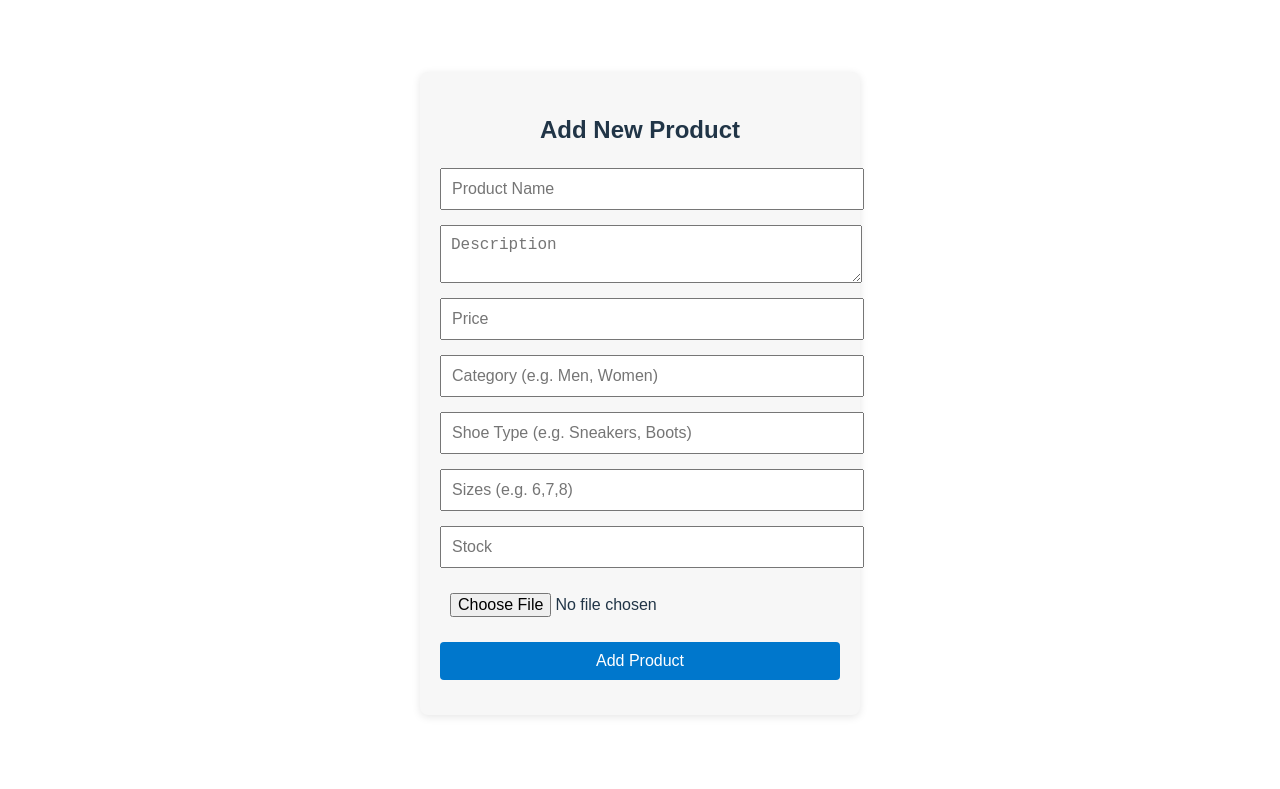
Repository: EphrahimLaanyu123/fashi_onfeet
Page: /add
These files come from the project's save history. The page is drawn as it stood at one moment and after the next save; the edit follows.
The browser window is 1280 px wide. The pictures show the whole page.
The project was rebuilt for these pictures with package versions that can differ from the ones it lists, and the page was loaded fresh each time. Also part of the build but not shown: vite.config.js, src/Home/Home.jsx, src/Home/components/Products.css, src/Home/components/Products.jsx, src/Shop/ShopProducts.jsx, src/Shop/Shop.jsx.

Above is the page before, as saved 2025-04-18 10:22:14.

After the next save:
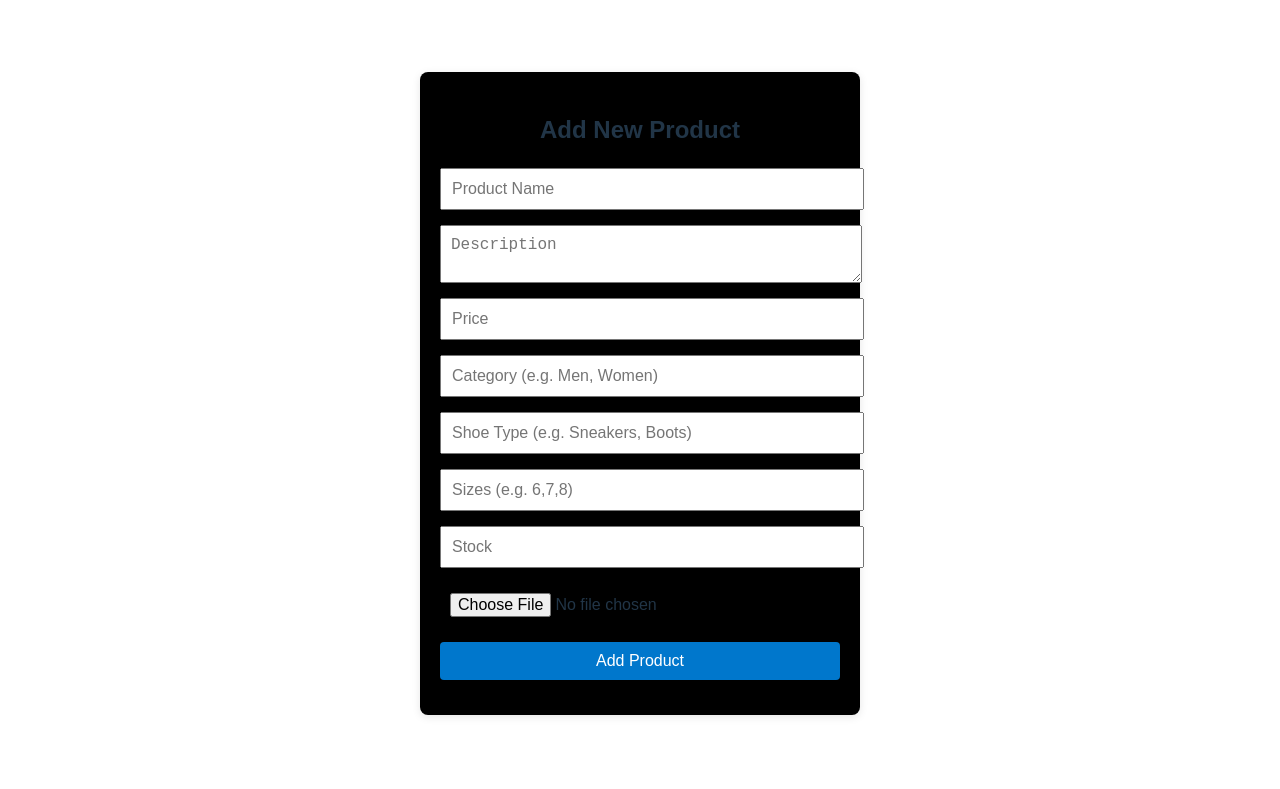
Saved 4 min 7 s later.
--- a/src/Shop/components/AddForm.css
+++ b/src/Shop/components/AddForm.css
@@ -2,7 +2,7 @@
     width: 400px;
     margin: 40px auto;
     padding: 20px;
-    background: #f7f7f7;
+    background: #000000;
     border-radius: 8px;
     box-shadow: 0 2px 8px rgba(0, 0, 0, 0.1);
   }
